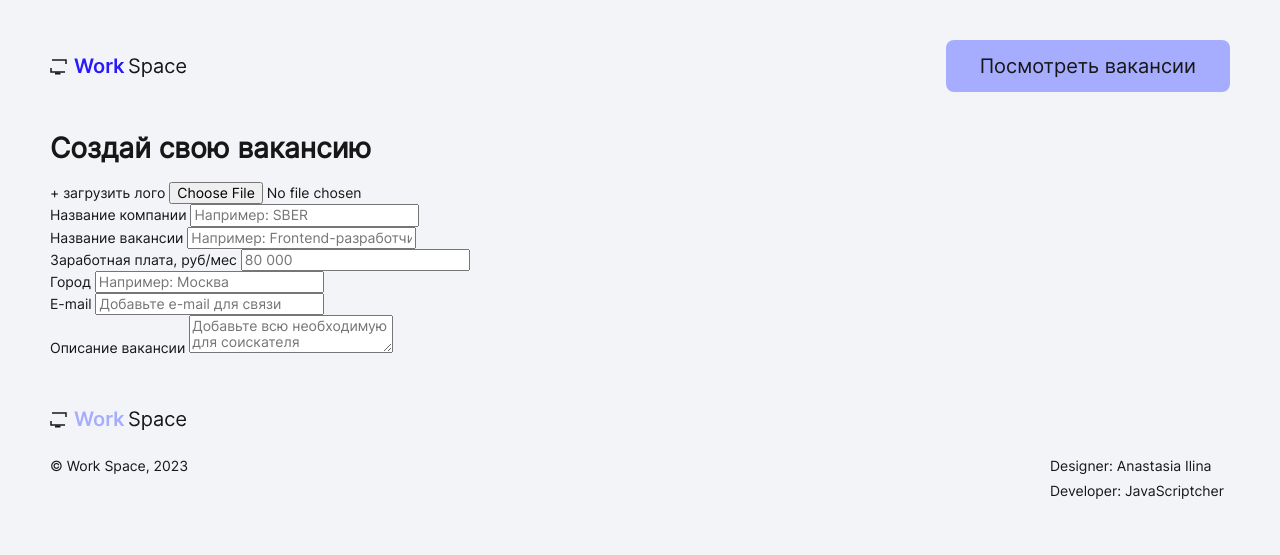
Repository: alexboagreek/workspace_js
Page: employer.html
These files come from the project's save history. The page is drawn as it stood at one moment and after the next save; the edit follows.
The browser window is 1280 px wide. The pictures show the whole page.

Above is the page before, as saved 2023-09-12 12:15:07.
Console error: TypeError: Cannot read properties of null (reading 'addEventListener')

### employer.html
<!DOCTYPE html>
<html lang="ru">
  <head>
    <meta charset="UTF-8" />
    <meta name="viewport" content="width=device-width, initial-scale=1.0" />
    <title>Workspace - добавить вакансию</title>

    <link rel="stylesheet" href="index.css" />

    <script src="js/choices.min.js" defer></script>
    <script src="js/script.js" defer></script>
  </head>

  <body>
    <header class="header">
      <div class="container header__container">
        <img class="header__logo" src="img/logo.svg" alt="Логитип WorkSpace" />

        <a class="header__link" href="#vacancies">Посмотреть вакансии</a>
      </div>
    </header>

    <main>
      <section class="employer">
        <div class="container">
          <h1 class="employer__title">Создай свою вакансию</h1>

          <form class="employer__form">
            <div class="employer__file file">
              <div class="file__wrap-preview">
                <img src="#" alt="" class="file__preview" />
              </div>

              <div class="file__wrap-btn">
                <label for="logo" class="file__label"> + загрузить лого </label>
                <input
                  name="logo"
                  type="file"
                  class="file__input"
                  id="logo"
                  accept="image/png, image/jpeg"
                />
              </div>

              <fieldset class="employer__fildset">
                <div class="employer__wrap-input">
                  <label class="employer__label" for="company"
                    >Название компании</label
                  >

                  <input
                    type="text"
                    class="employer__input"
                    id="company"
                    name="company"
                    placeholder="Например: SBER"
                  />
                </div>
              </fieldset>

              <fieldset class="employer__fieldset-input">
                <div class="employer__wrap-input">
                  <label class="employer__label" for="title"
                    >Название вакансии</label
                  >

                  <input
                    type="text"
                    class="employer__input"
                    id="title"
                    name="title"
                    placeholder="Например: Frontend-разработчик"
                  />
                </div>
              </fieldset>

              <fieldset class="employer__fildset">
                <div class="employer__wrap-input">
                  <label class="employer__label" for="salary"
                    >Заработная плата, руб/мес</label
                  >

                  <input
                    type="number"
                    class="employer__input"
                    id="salary"
                    name="salary"
                    placeholder="80 000"
                  />
                </div>
              </fieldset>

              <fieldset class="employer__fildset">
                <div class="employer__wrap-input">
                  <label class="employer__label" for="location">Город</label>

                  <input
                    type="text"
                    class="employer__input"
                    id="location"
                    name="location"
                    placeholder="Например: Москва"
                  />
                </div>
              </fieldset>

              <fieldset class="employer__fildset">
                <div class="employer__wrap-input">
                  <label class="employer__label" for="email">E-mail</label>

                  <input
                    type="email"
                    class="employer__input"
                    id="email"
                    name="email"
                    placeholder="Добавьте e-mail для связи"
                  />
                </div>
              </fieldset>
            </div>

            <fieldset class="employer__fieldset-textarea">
              <label class="employer__label" for="description"
                >Описание вакансии</label
              >

              <textarea
                class="employer__textarea"
                name="description"
                id="description"
                placeholder="Добавьте всю необходимую для соискателя информацию"
              ></textarea>
            </fieldset>


            <div class="employer__radio-buttons">
              <fieldset class="employer__fieldset-radio">
                <legend class="employer__legend"></legend>
              </fieldset>
            </div>
          </form>
        </div>
      </section>
    </main>

    <footer class="footer">
      <div class="container footer__container">
        <img
          class="footer__logo"
          src="img/logo-footer.svg"
          alt="Логотип WorkSpace"
        />

        <p class="footer__copyright">© Work Space, 2023</p>

        <ul class="footer__contacts">
          <li class="footer__contact">
            Designer:
            <a class="footer__link" href="#">Anastasia Ilina</a>
          </li>
          <li class="footer__contact">
            Developer:
            <a class="footer__link" href="#">JavaScriptcher</a>
          </li>
        </ul>
      </div>
    </footer>
  </body>
</html>

### index.css
@import "style/normalize.css";
@import "style/choices.min.css";
@import "style/style.css";
@import "style/header.css";
@import "style/hero.css";
@import "style/vacancies.css";
@import "style/filter.css";
@import "style/choices.css";
@import "style/checkbox.css";
@import "style/cards.css";
@import "style/vacancy.css";
@import "style/footer.css";
@import "style/modal.css";
@import "style/detail.css";

### style/style.css
@font-face {
  font-family: Inter;
  font-weight: 400;
  src: url("../fonts/inter-regular.woff2") format("woff2"),
    url("../fonts/inter-regular.woff") format("woff");
}

html {
  scroll-behavior: smooth;
  position: relative;
  box-sizing: border-box;
}

*,
*:before,
*:after {
  box-sizing: inherit;
}

body {
  min-width: 320px;
  min-height: 100vh;
  font-family: Inter, sans-serif;
  font-size: 14px;
  color: #171717;
  background-color: #f3f4f8;
  line-height: 1.2;
}

img,
svg {
  max-width: 100%;
  max-height: 100%;
  height: auto;
}

button {
  padding: 0;
  border: 0;
  cursor: pointer;
  background-color: transparent;
}

a {
  text-decoration: none;
  color: inherit;
}

ul {
  padding: 0;
  margin: 0;
  list-style: none;
}

h1,
h2,
h3,
p {
  margin: 0;
}

fieldset {
  padding: 0;
  margin: 0;
  border: 0;
}

.visually-hidden {
  position: fixed;
  transform: scale(0);
}

.container {
  --width: 1180px;
  --padding: 30px;
  max-width: calc(var(--width) + var(--padding) * 2);
  margin: 0 auto;
  padding: 0 var(--padding);
}

.blue-text {
  color: #2a18ff;
}

@media (max-width: 1140px) {
  .container {
    --width: 880px;
  }
}

@media (max-width: 940px) {
  .container {
    --width: 680px;
  }
}

@media (max-width: 640px) {
  .container {
    --padding: 15px;
  }
}

### style/header.css
.header {
  padding: 40px 0;
}

.header__container {
  display: flex;
  align-items: center;
  justify-content: space-between;
}

.header__link {
  padding: 12px 32px;
  border-radius: 8px;
  background-color: #a6adff;
  font-size: 20px;
  border: 2px solid transparent;
  transition-property: color, background-color;
  transition-duration: 0.2s;
  transition-timing-function: ease-in-out;
}

.header__link:focus-visible {
  border-color: #4f58be;
}

.header__link:hover {
  color: #fff;
  background-color: #2a18ff;
}

@media (max-width: 1140px) {
  .header {
    padding: 32px 0 40px;
  }
}

@media (max-width: 940px) {
  .header {
    padding: 24px 0 30px;
  }

  .header__link {
    padding: 8px 23px;
    font-size: 14px;
  }
}

@media (max-width: 640px) {
  .header {
    padding: 24px 0 20px;
  }

  .header__link {
    display: none;
  }
}

### style/hero.css
.hero {
  padding: 60px 0 50px;
}

.hero__container {
  position: relative;
  padding-top: 57px;
  padding-bottom: 57px;
}

.hero__container:after {
  content: "";
  position: absolute;
  right: -9px;
  top: 0;
  bottom: 0;
  width: 421px;
  background: url("../img/laptop.png") no-repeat center/contain;
}

.hero__title {
  position: relative;
  z-index: 2;
  max-width: 780px;
  font-size: 90px;
  letter-spacing: 1.8px;
  text-transform: uppercase;
}

@media (max-width: 1140px) {
  .hero {
    padding: 40px 0;
  }

  .hero__container {
    padding-top: 53px;
    padding-bottom: 53px;
  }

  .hero__container:after {
    width: 340px;
  }

  .hero__title {
    max-width: 580px;
    font-size: 64px;
    letter-spacing: 1.28px;
  }
}

@media (max-width: 940px) {
  .hero {
    padding: 30px 0;
  }

  .hero__container {
    padding-top: 40px;
    padding-bottom: 40px;
  }

  .hero__container:after {
    width: 269px;
  }

  .hero__title {
    max-width: 450px;
    font-size: 52px;
    letter-spacing: 1.04px;
  }
}

@media (max-width: 640px) {
  .hero {
    padding-top: 20px;
    padding-bottom: 10px;
  }

  .hero__container {
    padding-top: 0;
    padding-bottom: 234px;
  }

  .hero__title {
    max-width: 290px;
    text-align: center;
    margin: 0 auto;
    font-size: 32px;
  }

  .hero__container:after {
    right: auto;
    top: auto;
    height: 269px;
    left: 50%;
    transform: translateX(-50%);
    background-position: bottom;
  }
}

### style/vacancies.css
.vacancies {
  padding: 50px 0;
}

.vacancies__container {
  display: flex;
  align-items: start;
  gap: 24px 20px;
}

.vacancies__filter-btn {
  display: none;
}

.vacancies__filter {
  flex: 0 0 280px;
}

.vacancies__cards {
  flex-basis: 100%;
}

@media (max-width: 1140px) {
  .vacancies {
    padding: 40px 0;
  }
}

@media (max-width: 940px) {
  .vacancies {
    padding: 30px 0;
  }

  .vacancies__container {
    flex-direction: column;
    row-gap: 0;
  }

  .vacancies__filter-btn {
    display: flex;
    align-items: center;
    margin-bottom: 24px;
    transition-property: margin-bottom, color;
    transition-duration: 0.2s, 0.3s;
    transition-timing-function: ease-in-out;
    transition-delay: 0.2s, 0s;
    color: #2a18ff;
    line-height: 20px;
  }

  .vacancies__filter-btn:hover:not(:focus) {
    color: #a6adff;
  }

  .vacancies__filter-btn-arrow {
    position: relative;
    top: -2px;
    display: block;
    width: 20px;
    height: 20px;
  }

  .vacancies__filter-btn_active {
    margin-bottom: 32px;
    transition-delay: 0s;
  }

  .vacancies__filter-btn_active .vacancies__filter-btn-arrow {
    transform: rotate(180deg);
    top: 2px;
  }

  .vacancies__filter {
    width: 100%;
    flex-basis: auto;
    height: 0;
    overflow: hidden;
    transition: height 0.4s ease-in-out;
  }

  .vacancies__filter_active {
    height: auto;
    margin-bottom: 40px;
  }

  .vacancies__cards {
    width: 100%;
  }
}

@media (max-width: 640px) {
  .vacancies__filter-btn_active {
    margin-bottom: 24px;
  }
}

### style/filter.css
.filter {
  position: relative;
}

.filter__reset {
  position: absolute;
  top: 7px;
  right: 0;
  color: #ccc;
}

.filter__title {
  font-size: 20px;
  font-weight: 400;
  margin-bottom: 32px;
}

.filter__form {
  display: flex;
  flex-direction: column;
  gap: 32px;
}

.filter__fieldset {
  display: flex;
  flex-direction: column;
  align-items: start;
}

.filter__legend {
  margin-bottom: 12px;
}

.filter__select {
  width: 100%;
}

.filter__range {
  display: flex;
  align-items: center;
  justify-content: space-between;
  gap: 10px;
}

.filter__label:not(:last-child) {
  margin-bottom: 8px;
}

.filter__input {
  flex: 1 1 50%;
  width: 100%;
  padding: 0 16px;
  height: 32px;
  border: 0;
}

.filter__input::placeholder {
  color: #ccc;
}

.filter__checkboxes {
  display: flex;
  flex-direction: column;
  gap: 32px;
}

.filter__button {
  padding: 8px 24px;
  border-radius: 4px;
  background-color: #a6adff;
  border: 2px solid transparent;
  transition-property: color, background-color;
  transition-duration: 0.2s;
  transition-timing-function: ease-in-out;
}

.filter__button:focus-visible {
  border-color: #4f58be;
}

.filter__button:hover {
  color: #fff;
  background-color: #2a18ff;
}

@media (max-width: 940px) {
  .filter__title {
    position: fixed;
    transform: scale(0);
  }

  .filter__input {
    max-width: 140px;
  }

  .filter__checkboxes {
    display: grid;
    grid-template-columns: repeat(auto-fit, minmax(180px, 1fr));
    gap: 24px 70px;
  }

  .filter__buttons {
    display: flex;
    gap: 16px;
    align-items: center;
  }

  .filter__reset {
    position: static;
  }
}

### style/choices.css
.choices {
  width: 100%;
}

.choices__inner {
  background-color: #fff;
  padding: 6px 16px;
  min-height: 32px;
  border: 0;
}

.choices__list--single {
  padding: 0;
}

.choices[data-type*="select-one"]::after {
  width: 20px;
  height: 20px;
  background: url("../img/arrow.svg") no-repeat center/contain;
  border: 0;
  top: 6px;
  right: 16px;
  margin-top: 0;
}

.choices[data-type*="select-one"].is-open::after {
  transform: rotate(180deg);
  margin-top: 0;
}

### style/checkbox.css
.checkbox {
  position: relative;
  display: block;
  line-height: 20px;
  padding-left: 28px;
}

.checkbox__input {
  -webkit-appearance: none;
  -moz-appearance: none;
  appearance: none;
  position: absolute;
  width: 20px;
  height: 20px;
  left: 0;
  top: 0;
  bottom: 0;
  background-color: #fff;
  border-radius: 4px;
}

.checkbox__input:after {
  content: "";
  position: absolute;
  inset: 0;
  display: block;
  background: url("../img/check.svg") no-repeat center;
  opacity: 0;
  transition: opacity 0.2s ease-in-out;
}

.checkbox__input:checked:after {
  opacity: 1;
}

.checkbox__input:focus-visible {
  outline: none;
  box-shadow: 0px 2px 10px rgba(0, 0, 0, 0.25);
}

.checkbox__input:hover:not(:disabled) {
  box-shadow: 0px 2px 10px rgba(166, 173, 255, 0.55);
}

.checkbox__input:disabled {
  background-color: #ccc;
}

### style/cards.css
.cards__list {
  display: grid;
  grid-template-columns: repeat(auto-fit, minmax(280px, 1fr));
  gap: 20px;
}

@media (max-width: 940px) {
  .cards__list {
    grid-template-columns: repeat(auto-fit, minmax(220px, 1fr));
    gap: 10px;
  }
}

### style/vacancy.css
.vacancy {
  border-radius: 16px;
  background-color: #fff;
  padding: 16px;
  height: 100%;
  cursor: pointer;
  outline: none;
  border: 2px solid transparent;
}

.vacancy:hover {
  background-color: #f9faff;
}

.vacancy:focus-visible {
  border-color: #a6adff;
}

.vacancy__img {
  max-height: 44px;
  margin-bottom: 12px;
  display: block;
}

.vacancy__company {
  font-size: 20px;
  margin-bottom: 8px;
}

.vacancy__title {
  display: inline-block;
  padding: 3px 5px;
  font-size: 14px;
  font-weight: 400;
  border-radius: 4px;
  background-color: #eaecff;
  margin-bottom: 8px;
}

.vacancy__field {
  color: #ccc;
}

### style/footer.css
.footer {
  padding: 50px 0 40px;
}

.footer__container {
  display: grid;
  gap: 27px;
  grid-template-areas:
    "logo ."
    "copyright contacts";
}

.footer__logo {
  grid-area: logo;
}

.footer__copyright {
  grid-area: copyright;
}

.footer__contacts {
  grid-area: contacts;
  justify-self: end;
  min-width: 180px;
}

.footer__contact {
  margin-bottom: 8px;
}

.footer__contact:last-child {
  margin-bottom: 0;
}

.footer__link:hover {
  color: brown;
}

@media (max-width: 1140px) {
  .footer {
    padding: 40px 0 32px;
  }
}

@media (max-width: 940px) {
  .footer {
    padding: 30px 0 24px;
  }
}

@media (max-width: 640px) {
  .footer {
    padding-top: 20px;
  }

  .footer__container {
    grid-template-areas:
      "logo"
      "copyright"
      "contacts";
  }

  .footer__contacts {
    justify-self: start;
  }
}

### style/modal.css
.modal {
  position: fixed;
  z-index: 10;
  inset: 0;
  background-color: rgba(0, 0, 0, 0.5);
  cursor: pointer;
  padding: 30px;
  overflow-y: auto;
  display: flex;
}

.modal__main {
  position: relative;
  margin: auto;
  cursor: default;
}

.modal__close {
  background-color: transparent;
  border: none;
  cursor: pointer;
  position: absolute;
  top: 12px;
  right: 12px;
  padding: 0;
  line-height: 0;
  outline: 1px solid transparent;
  border-radius: 3px;
}

.modal__close:focus-visible {
  outline-color: gray;
}

@media (max-width: 640px) {
  .modal {
    padding: 30px 15px;
  }
}

### style/detail.css
.detail {
  max-width: 780px;
  border-radius: 16px;
  box-shadow: 0px 10px 50px 0px rgba(4, 0, 49, 0.1);
  background: #fff url("../img/likemen.png") no-repeat bottom right;
  background-size: 150px;
  padding: 36px 36px 80px;
}

.detail__header {
  display: grid;
  grid-template-columns: 101px 1fr;
  gap: 12px 20px;
  margin-bottom: 32px;
}

.detail__logo {
  width: 100%;
  max-height: 101px;
  grid-row: 1 / 3;
  align-self: center;
  justify-self: start;
}

.detail__company {
  font-size: 32px;
  letter-spacing: 0.64px;
  align-self: end;
  justify-self: start;
}

.detail__title {
  font-size: 20px;
  font-weight: 400;
  align-self: start;
  justify-self: start;
  border-radius: 4px;
  background-color: #eaecff;
  padding: 5px 10px;
}

.detail__main {
  display: flex;
  gap: 20px;
  margin-bottom: 32px;
}

.detail__description {
  max-width: 465px;
  line-height: 1.4;
}

.detail__fields {
  display: flex;
  flex-direction: column;
  align-items: start;
  gap: 4px;
}

.detail__field {
  padding: 3px 10px;
  border-radius: 30px;
  background-color: #eaecff;
}

.detail__resume {
  line-height: 1.4;
}

@media (max-width: 940px) {
  .detail {
    max-width: 680px;
    padding: 24px 24px 72px;
  }

  .detail__main {
    gap: 10px;
  }

  .detail__description {
    max-width: 418px;
  }
}

@media (max-width: 640px) {
  .detail {
    padding: 24px 15px;
    background-image: none;
  }

  .detail__header {
    grid-template-columns: 60px 1fr;
    gap: 4px 8px;
    margin-bottom: 24px;
  }

  .detail__company {
    font-size: 20px;
    letter-spacing: 0.4px;
  }

  .detail__title {
    font-size: 12px;
  }

  .detail__main {
    flex-direction: column;
    gap: 24px;
    margin-bottom: 24px;
  }

  .detail__description {
    max-width: 100%;
  }
}

Loaded but not shown: js/choices.min.js (library); style/normalize.css (library); style/choices.min.css (library); js/script.js (300 lines, source omitted)

After the next save:
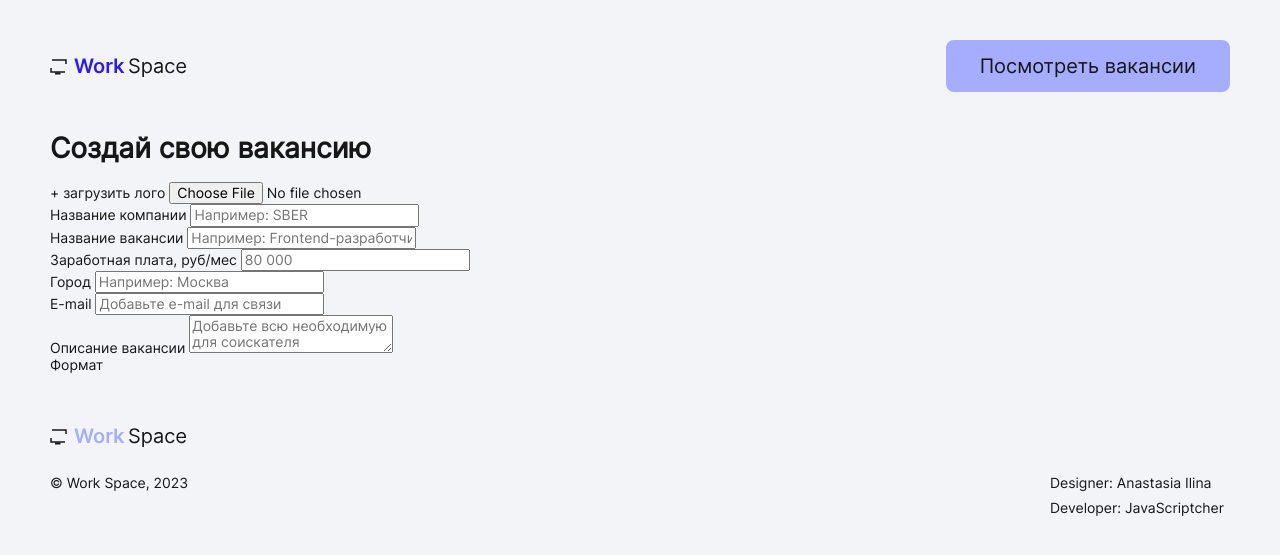
Saved 15 s later.
--- a/employer.html
+++ b/employer.html
@@ -135,7 +135,7 @@
 
             <div class="employer__radio-buttons">
               <fieldset class="employer__fieldset-radio">
-                <legend class="employer__legend"></legend>
+                <legend class="employer__legend">Формат</legend>
               </fieldset>
             </div>
           </form>
